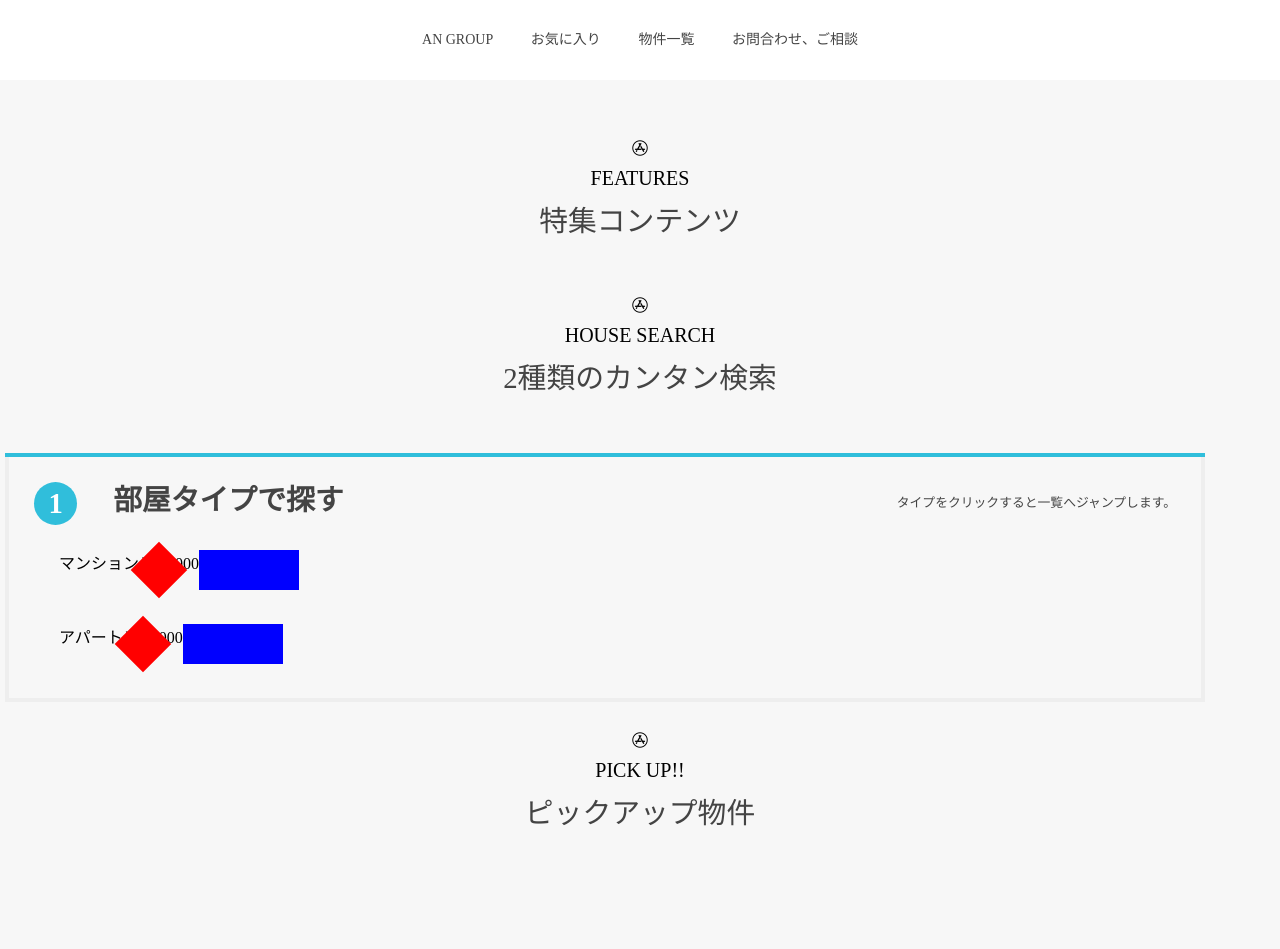
Repository: ninhdavid/real-estate
Page: index.html
These files come from the project's save history. The page is drawn as it stood at one moment and after the next save; the edit follows.
The browser window is 1280 px wide. The pictures show the whole page.
Some web libraries are served in a nearby version. The style sheet was rebuilt from its Sass, Less or Tailwind sources for each picture, by a compiler version that may differ from the author's.

Above is the page before, as saved 2022-05-10 21:54:45.

### index.html
<!DOCTYPE html>
<html lang="en">

<head>
    <meta charset="UTF-8">
    <meta http-equiv="X-UA-Compatible" content="IE=edge">
    <meta name="viewport" content="width=device-width, initial-scale=1.0">
    <link rel="stylesheet" href="css/main.css">
    <script src="https://kit.fontawesome.com/691ec27588.js" crossorigin="anonymous"></script>
    <title>Document</title>
</head>

<body>
    <div class="main-container">
        <div class="header">
            <div class="img-header"></div>
        </div>
        <div class="main-nav">
            <ul id="nav">
                <li><a class="nav-img" href="#">
                        <!-- <img src="./asset/img/logo/logo-edited.png" alt=""> -->
                        AN GROUP
                    </a></li>
                <li><a href="#">お気に入り</a></li>
                <li><a href="#">物件一覧</a></li>
                <li><a href="#">お問合わせ、ご相談</a></li>
            </ul>
        </div>
        <div class="content">
            <div class="content-section">
                <div class="title-section">
                    <i class="fa-brands fa-app-store"></i>
                    <p>FEATURES</p>
                    <p>特集コンテンツ</p>
                </div>
                <div id="slider"> </div>
            </div>
            <div class="content-section">
                <div class="title-section">
                    <i class="fa-brands fa-app-store"></i>
                    <p>HOUSE SEARCH</p>
                    <p>2種類のカンタン検索</p>
                </div>
                <div class="content-area">
                    <div class="content-box">
                        <div class="title-area">
                            <h3>
                                <span>1</span>
                                部屋タイプで探す
                            </h3>
                            <p>タイプをクリックすると一覧へジャンプします。</p>
                        </div>
                        <div class="tpye-list">
                            <div class="list-bg"></div>
                            <p class="list-title">マンション</p>
                            <p class="list-price">￥40,000</p>
                        </div>
                        <div class="tpye-list">
                            <div class="list-bg"></div>
                            <p class="list-title">アパート</p>
                            <p class="list-price">￥30,000</p>
                        </div>
                    </div>
                </div>
            </div>
            <div class="content-section">
                <div class="title-section">
                    <i class="fa-brands fa-app-store"></i>
                    <p>PICK UP!!</p>
                    <p>ピックアップ物件</p>
                </div>
                <div></div>
            </div>
        </div>

    </div>



</body>
<script src="asset/java-script/chat-online.js"></script>

</html>

### css/main.scss


*{
    padding: 0;
    margin: 0;
    box-sizing: border-box;
}

.main-nav{
    // height: 85px;
    background-color: #fff;
    width: 100%;
    z-index:10;
    height: 5em;
    text-align: center;
}
#nav{
    display:inline-block;
}
#nav,
.subnav {
    list-style-type: none;
}
#nav > li{
    display:inline-block;
}
#nav  li{
    position: relative;
    top:11px;
}
#nav li a{
    display: block;
    text-decoration: none;
    line-height: 24px;
    font-size: 14px;
    padding: 1.2em;
}
#nav>li>a{
    color: rgb(68,68,68);
    text-transform: uppercase;
}
// .nav-img{
//     background-image: url("/asset/img/logo/logo-edited.png");
//     height:80px;
//     width: 100px;
//     padding: 5px 0;
//     background-position: center; /* Center the image */
//     background-repeat: no-repeat; /* Do not repeat the image */
//     background-size: cover;
// }
.content{
    background-color: #f7f7f7;
    padding: 60px 5px;
}
.content-section{
    display: block;
    text-align: center;
}
.title-section{

}
.title-section i {

}
.tittle-section p{
    font-weight: bold;
}
.title-section>p:nth-of-type(1){
    font-size: 1.25em;
    line-height: 1;
    padding: 10px 0;
}
.title-section p:nth-of-type(2){
    font-size: 1.8em;
    // font-size: 32px;
    color: #444444;
    padding-bottom: 2em;
}
.content-area{
    width: 1200px;
}

.content-box{
    width: 100%;
    padding: 25px;
    border: 4px solid #eeeeee;
    position: relative;
    margin-bottom:30px;
}
.content-box:before{
    content: "";
    display: block;
    position: absolute;
    left: -4px;
    top: -4px;
    width: calc(100% + 8px);
    height: 4px;
    background-color: #30bedb;
}
.content-box p {
    display: inline-block;
}
.title-area{
    display:flex;
    justify-content:space-between;
    // font-size: 1.8em;
    line-height: 1.2;
    text-align: center;
    align-items:center;
}
.title-area h3{
    font-size: 1.8em;
    color: #444444;

}
.title-area>h3>span{
    width: 1.5em;
    line-height: 1.5em;
    background-color: #30bedb;
    color: #fff;
    display:inline-block;
    vertical-align: middle;
    margin-right: 1em;
    // font-size: 1.6428571429em;
    // font-size: 1.17em;
    font-weight: bold;
    text-align: center;
    border-radius: 50% 50% 50% 50%;
}
.title-area>p{
    font-size: 0.8em;
    color: #444444;
}
.tpye-list{
    padding: 25px;
    display:flex;
    flex-wrap: wrap;
}
.list-bg{
    width: 500px;
    position: absolute;
    background: no-repeat center center / cover;
    transition: all 0.3s ease;
}
.list-title{

}
.list-price{

}
.list-price:before{
    content:"";
    position:absolute;
    background-color: red;
    width: 40px;
    height:40px;
    transform:rotate(45deg)
}
.list-price:after{
    content:"";
    position:absolute;
    background-color: blue;
    width: 100px;
    height:40px;
}

Loaded but not shown: asset/java-script/chat-online.js (no stored copy; drawn as an empty file)

After the next save:
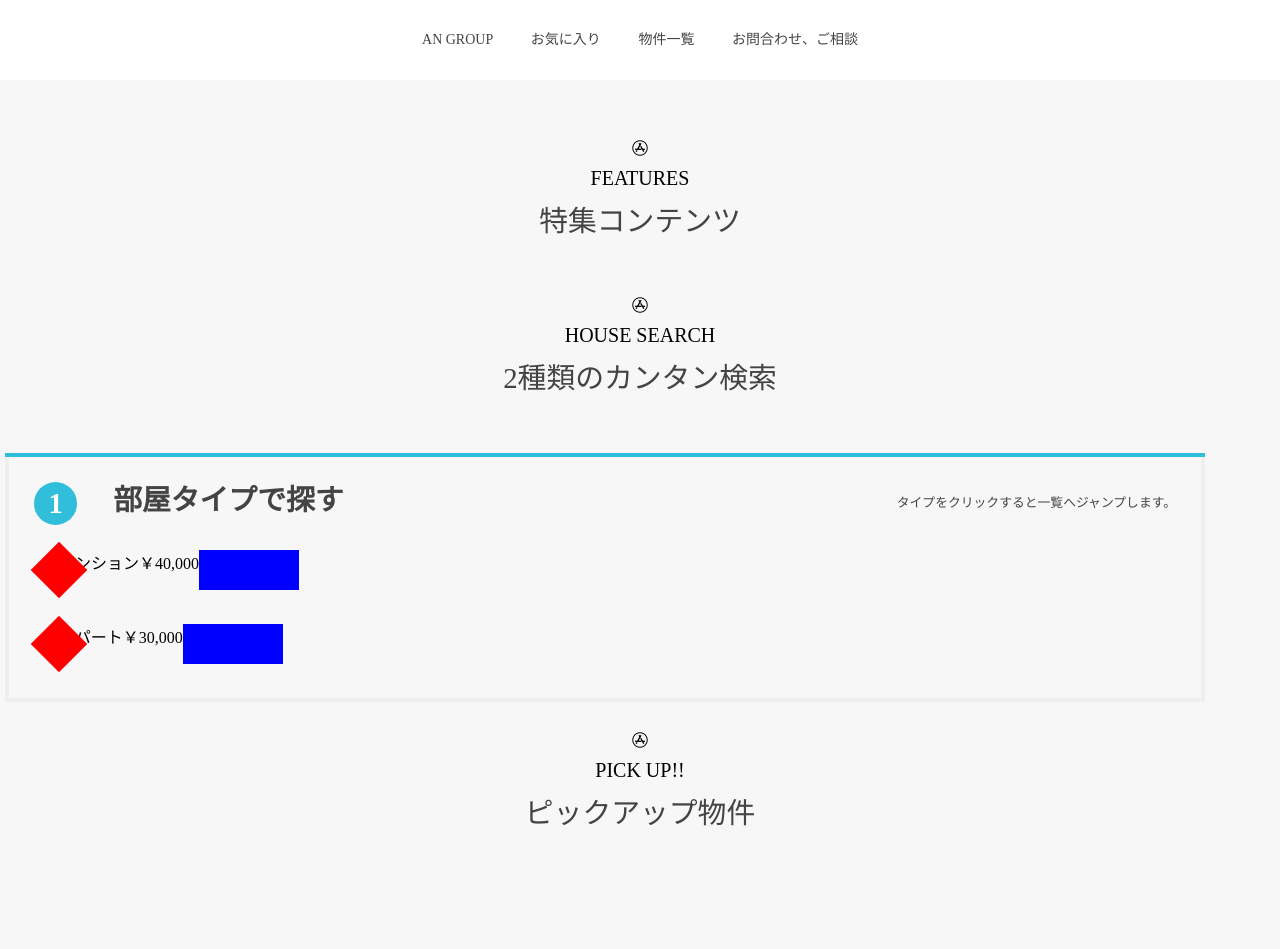
Saved 43 s later.
--- a/css/main.scss
+++ b/css/main.scss
@@ -154,7 +154,8 @@
     background-color: red;
     width: 40px;
     height:40px;
-    transform:rotate(45deg)
+    transform:rotate(45deg);
+    left:30px;
 }
 .list-price:after{
     content:"";

After the 3 saves that followed:
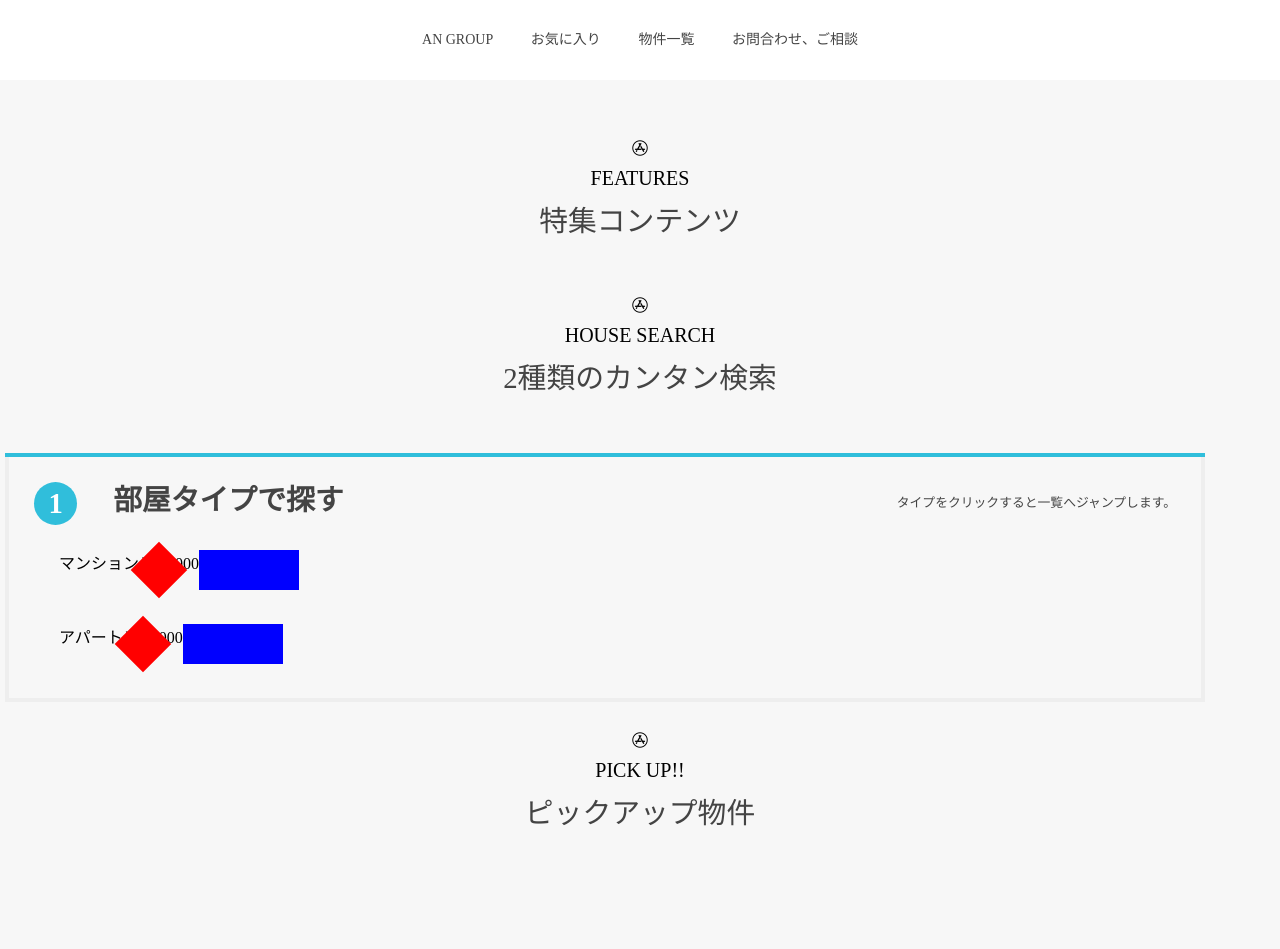
The 3 saves are shown as one change because 1 left the picture as it was and some came seconds apart.
The last was saved 36 s later.
--- a/css/main.scss
+++ b/css/main.scss
@@ -155,7 +155,7 @@
     width: 40px;
     height:40px;
     transform:rotate(45deg);
-    left:30px;
+
 }
 .list-price:after{
     content:"";
